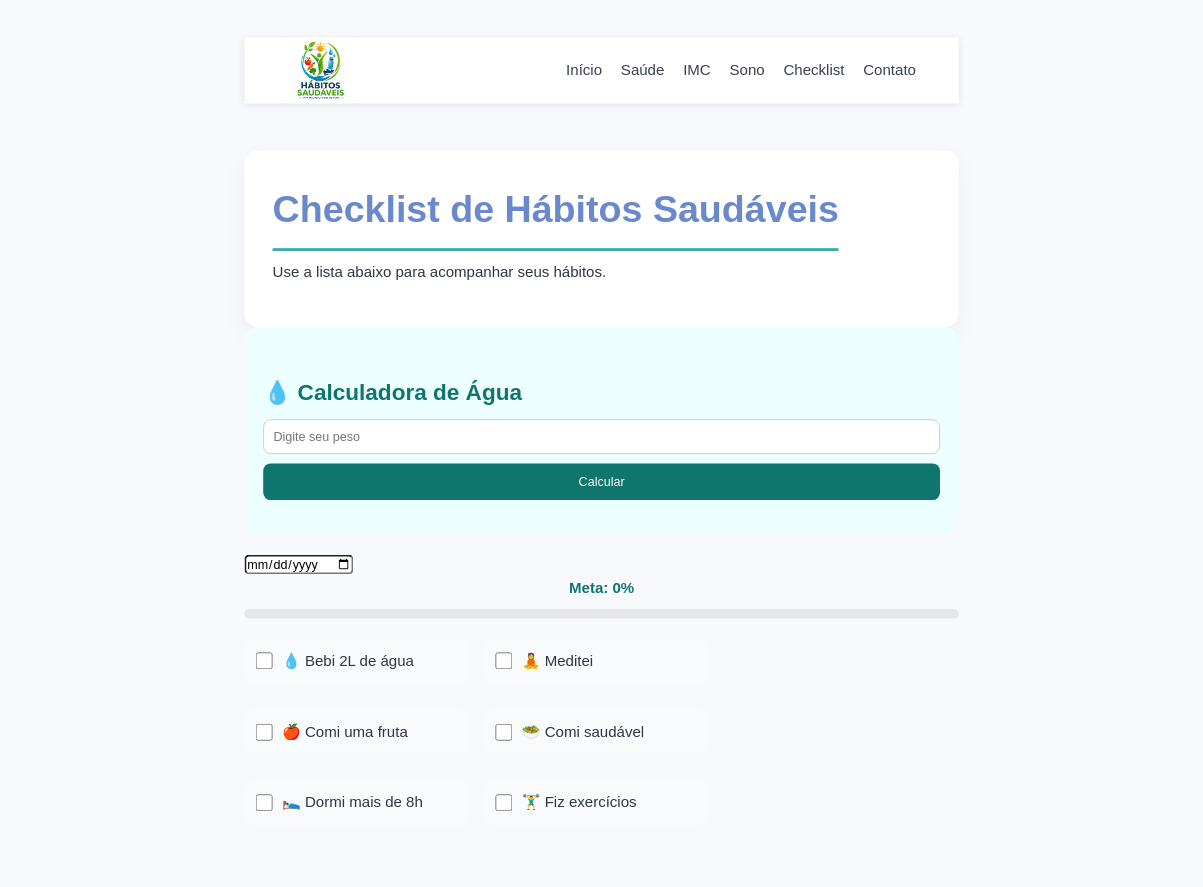
Repository: habitos2026/projetointegrador2026
Page: checklist.html
The author's editor kept a copy of each file at every save. The page is drawn from the files as they stood at one save, then again after the next save.
The browser window is 1280 px wide. The pictures show the whole page, at 94% of full size.

Above is the page before, as saved 2026-06-10 19:08:57.

### checklist.html
<!DOCTYPE html>
<html lang="pt-br">
<head>
<meta charset="UTF-8">
<meta name="viewport" content="width=device-width, initial-scale=1.0">
<title>Checklist</title>

<link rel="stylesheet" href="estilos.css">

<style>
/* SÓ O CHECKLIST (não mexe no resto do site) */

        :root {
            --cor-mente: #6a89cc;    /* Azul sereno */
            --cor-fisico: #38ada9;   /* Verde energia */
            --cor-agua: #4a69bd;     /* Azul hidratação */
            --cor-fundo: #f7f9fc;
        }

        /* Animação de Entrada */
        @keyframes fadeInUp {
            from {
                opacity: 0;
                transform: translateY(20px);
            }
            to {
                opacity: 1;
                transform: translateY(0);
            }
        }

        body {
            font-family: 'Segoe UI', Roboto, sans-serif;
            line-height: 1.6;
            background-color: var(--cor-fundo);
            color: #2f3542;
            max-width: 800px;
            margin: 0 auto;
            padding: 40px 20px;
        }

        header {
            text-align: center;
            margin-bottom: 50px;
            animation: fadeInUp 0.8s ease-out;
        }

        h1 {
            color: var(--cor-mente);
            font-size: 2.5rem;
            border-bottom: 3px solid var(--cor-fisico);
            display: inline-block;
            padding-bottom: 10px;
        }

        section {
            background: white;
            padding: 30px;
            border-radius: 15px;
            box-shadow: 0 10px 25px rgba(0,0,0,0.05);
            animation: fadeInUp 1s ease-out;
        }

        h2 {
            color: var(--cor-fisico);
            margin-top: 30px;
            display: flex;
            align-items: center;
            gap: 10px;
    }

.check-container {
    max-width: 500px;
    margin: 40px auto;
    background: white;
    padding: 25px;
    border-radius: 15px;
    box-shadow: 0 10px 25px rgba(0,0,0,0.1);
}

/* TÍTULO */
.check-container h1 {
    text-align: center;
    color: #0f766e;
}

/* DATA */
.check-container input[type="date"] {
    display: block;
    margin: 10px auto 20px;
    padding: 8px;
}

/* PROGRESSO */
.progresso {
    text-align: center;
    margin-bottom: 10px;
    font-weight: bold;
    color: #0f766e;
}

/* BARRA */
.barra {
    width: 100%;
    height: 10px;
    background: #e5e7eb;
    border-radius: 10px;
    overflow: hidden;
    margin-bottom: 20px;
}

.barra span {
    display: block;
    height: 100%;
    width: 0%;
    background: #0f766e;
    transition: 0.3s;
}

/* ITENS */
.habit-item {
    display: flex;
    align-items: center;
    gap: 10px;
    background: #f9fafb;
    padding: 12px;
    border-radius: 10px;
    margin-bottom: 10px;
}

.habit-item input {
    width: 18px;
    height: 18px;
}

/* TEXTO */
.habit-item span {
    font-weight: 500;
}

/* MARCADO */
.habit-item input:checked + span {
    text-decoration: line-through;
    color: #9ca3af;
}

/* MENSAGEM */
.msg {
    text-align: center;
    margin-top: 10px;
    color: green;
    font-weight: bold;
}

.data{
    border-radius: 5px;
}

.data::-webkit-calendar-picker-indicator{
    cursor: pointer;
}

.data:hover{
    cursor: pointer;
    background: #00b894;
    box-shadow: 0 10px 8px rgba(0, 0, 0, 0.2);
    transform: scale(104%);
    transition:
    background 0.5s,
    box-shadow 0.5s,
    transform 0.5s;
}

</style>

</head>

<body>

<div id="menu"></div>

<section class="intro">

    <h1>Checklist de Hábitos Saudáveis</h1>

    <p>
        Use a lista abaixo para acompanhar seus hábitos.
    </p>

</section>

<!-- CALCULADORA DE ÁGUA -->
<div class="agua-box">

    <h2>💧 Calculadora de Água</h2>

    <input type="number" id="peso" placeholder="Digite seu peso">

    <button onclick="calcularAgua()">
        Calcular
    </button>

    <p id="resultadoAgua"></p>

</div>

<!-- DATA -->
<input type="date" class="data" id="data">

<!-- PROGRESSO -->
<div class="progresso">
    Meta: <span id="pct">0%</span>
</div>

<div class="barra">
    <span id="bar"></span>
</div>

<!-- CHECKLIST -->

<div class="listas">
<label class="habit-item">
    <input type="checkbox" onchange="calc()">
    <span>💧 Bebi 2L de água</span>
</label>

<label class="habit-item">
    <input type="checkbox" onchange="calc()">
    <span>🧘 Meditei</span>
</label>

<label class="habit-item">
    <input type="checkbox" onchange="calc()">
    <span>🍎 Comi uma fruta</span>
</label>

<label class="habit-item">
    <input type="checkbox" onchange="calc()">
    <span>🥗 Comi saudável</span>
</label>

<label class="habit-item">
    <input type="checkbox" onchange="calc()">
    <span>🛌 Dormi mais de 8h</span>
</label>

<label class="habit-item">
    <input type="checkbox" onchange="calc()">
    <span>🏋️‍♂️ Fiz exercícios</span>
</label>
</div>

<p id="msg" class="msg"></p>
<div id="imgGif"></div>

<script src="trabalho.js"></script>

</body>
</html>

### estilos.css
:root{
    --cinza245: rgb(245,245,245);
    --cinza220: rgb(220,220,220);
    --cinza128: rgb(128,128,128);
    --azul: rgb(0,80,120);
    --amarelo: yellow;
}

/* RESET */
*{
    margin:0;
    padding:0;
    box-sizing:border-box;
    font-family:Arial, sans-serif;
}

body{
    background:#f5f7fb;
    color:#1f2937;
}

/* HEADER */
header{
    background:white;
    height:70px;

    display:flex;
    align-items:center;
    justify-content:space-between;

    padding:0 6%;

    box-shadow:0 2px 8px rgba(0,0,0,0.1);
}

/* LOGO */
.logo{
    height:100%;
    width:auto;
}

/* MENU */
.menu{
    display:flex;
    align-items:center;
    gap:20px;
}

.menu a{
    text-decoration:none;
    color:#374151;
    transition: 0.5s;

}

.menu a:hover{
    color:#0f766e;
    text-shadow: 0 0 6px #01b3a4;
}

/* TOPO MENU MOBILE */
.topoMenu{
    display:none;
}

/* BOTÃO MENU */
.botaoMenu{
    border:none;
    background:transparent;

    display:none;
    flex-direction:column;

    gap:6px;

    cursor:pointer;
    transition:0.5s;
}

.botaoMenu div{
    width:28px;
    height:3px;

    background:black;
    transition:0.5s;
}

/* MAIN */
main{
    max-width:800px;

    margin:40px auto;

    background:white;

    padding:30px;

    border-radius:10px;
}

/* TEXTOS */
h1{
    color:#0f766e;
    margin-bottom:10px;
}

p{
    margin-bottom:15px;
}

/* BANNER */
.bannerIndexInicio{
    width:100%;
    height:300px;
    overflow:hidden;
}

.bannerIndexInicio img{
    width:100%;
    height:100%;

    object-fit:cover;
    display:block;
}

.bannerIndex{
    height:100%;

    display:flex;
    justify-content:center;

    overflow:hidden;

    aspect-ratio:16/9;
}

.bannerIndex img{
    width:70%;
    height:80%;

    object-fit:cover;
}

/* BOX ÁGUA */
.agua-box{
    background:#ecfeff;

    padding:20px;

    border-radius:15px;

    margin-bottom:20px;
}

.agua-box h2{
    color:#0f766e;
    margin-bottom:10px;
}

.agua-box input{
    width:100%;

    padding:10px;

    margin-bottom:10px;

    border-radius:8px;

    border:1px solid #ccc;
}

.agua-box button{
    width:100%;

    padding:12px;

    background:#0f766e;

    color:white;

    border:none;

    border-radius:8px;

    cursor:pointer;

    transition:0.5s;
}

.agua-box button:hover{
    background:#115e59;

    transform:scale(1.01);

    box-shadow:
    0 0 10px rgb(1, 255, 234),
    0 0 15px rgb(0, 173, 253);
}

#resultadoAgua{
    margin-top:10px;
    font-weight:bold;
}

/* LISTAS */
.listas{
    width:65%;

    display:grid;

    grid-template-columns:repeat(2, 1fr);

    gap:1rem;
}

/* IMAGENS SAÚDE */
.Saude .Imagem img{

    width:35%;

    height:auto;

    object-fit:cover;

    border-radius:15px;

    transition:0.4s;
}

.Saude .Imagem img:hover{

    transform:scale(1.05);

    box-shadow:
    0 0 10px cyan,
    0 0 20px cyan,
    0 0 40px cyan;
}

.imc-box{
    background:#0f766e;

    padding:20px;

    border-radius:20px;

    margin-top:3rem;


}

.imc-box input{
    width:100%;

    padding:10px;

    margin-bottom:10px;

    border-radius:8px;

    border:1px solid #ccc;
}

.imc-box button{
    width:100%;

    padding:12px;

    background: white;

    border: none;

    border-radius:8px;

    cursor:pointer;

    transition:0.5s;
}

.imc-box button:hover{
    background:#f0f0f0;

    transform:scale(1.002);

    box-shadow:
    0 0 6px rgb(1, 255, 234),
    0 0 8px rgb(0, 173, 253),
    0 0 15px  rgba(18, 165, 153);
}

#resultado{
    margin-top:20px;

    font-weight:bold;

    display: flex;

    flex-direction: column;

    align-items: center;

    gap: 10px;

}

#botaoFecharMenu{
    border:none;

    background:transparent;

    box-shadow: none;

    font-size:20px;

    cursor:pointer;

    transition: 0.5s;

    border-radius: 100px;

}


#botaoFecharMenu:hover{
    color: red;
    text-shadow:  0 0 11px rgb(255, 0, 0);
}

#botaoFecharMenu:active{
  animation: clickEffect 0.2s ease;
}

@keyframes clickEffect {
  0% {
    transform: scale(1);
    text-shadow: 0 0 10px red;
  }
  50% {
    transform: scale(0.95);
    text-shadow: 0 0 20px red;
  }
  100% {
    transform: scale(1);
    text-shadow: 0 0 10px red;
  }
}

/* ANIMAÇÃO */
@keyframes subir{

    from{
        opacity:0;
        transform:translateY(-20px);
    }

    to{
        opacity:1;
        transform:translateY(0);
    }

}

/* MOBILE */
@media screen and (max-width:950px){

    .botaoMenu{
        display:flex;

        animation:subir 0.5s ease;
    }

    .botaoMenu:hover{
        transform: scale(1.03);
    }
    .botaoMenu:hover div{
        box-shadow: 0 10px 15px rgba(0,0,0,0.4);

    }

    .menu{
        position:fixed;

        top:0;
        right:-100%;

        width:80%;
        height:100vh;

        background:white;

        flex-direction:column;

        align-items:flex-start;

        padding:30px;

        transition: right 0.5s;

        z-index:999;
    }

    .menu a{
        width:100%;

        padding:12px 0;


        border-bottom:1px solid var(--cinza220);

        text-decoration:none;

        color:#374151;

        transition: 0.10s;

}

    .menu a:hover{
    color:#0f766e;
    text-shadow: 0 0 6px #01b3a4;
    border: #01b3a4 1px solid;
    transition: 0.5s;
}

    .topoMenu{
        display:flex;

        width:100%;

        justify-content:space-between;

        align-items:center;

        margin-bottom:30px;
    }

    .topoMenu button{
        border:none;

        background:transparent;

        font-size:20px;

        cursor:pointer;
    }

    main{
        margin:20px;
    }

    .bannerIndex img{
        width:100%;
        height:220px;
    }

    .listas{
        width:100%;

        grid-template-columns:1fr;
    }

    .Saude .Imagem img{
        width:100%;
    }
}

### trabalho.js
fetch("menu.html")
.then(res => res.text())
.then(data => {

    document.getElementById("menu").innerHTML = data;

    const abrir = document.querySelector(".botaoMenu");

    const fechar = document.querySelector("#botaoFecharMenu");

    const menu = document.querySelector("#menuNav");

    abrir.addEventListener("click", () => {
        menu.style.right = "0";
    });

    fechar.addEventListener("click", () => {
        menu.style.right = "-100%";
    });

});

function calc() {

    // pega todos os checkbox
    const checks = document.querySelectorAll('.habit-item input');

    // quantidade marcada
    let marcados = 0;

    checks.forEach(check => {
        if(check.checked){
            marcados++;
        }
    });

    // calcula porcentagem
    let porcentagem = (marcados / checks.length) * 100;

    // atualiza texto
    document.getElementById("pct").innerText = porcentagem + "%";

    // atualiza barra
    document.getElementById("bar").style.width = porcentagem + "%";


    // mensagem
const msg = document.getElementById("msg");
const imgGif = document.getElementById("imgGif");

if (porcentagem === 100) {

    msg.innerText = "Parabéns! Você completou todos os hábitos 🎉";

    imgGif.innerHTML = `
        <img src="pasta-de-imagens/gifParabens.gif" alt="Parabéns">
    `;

} else {

    msg.innerText = "";
    imgGif.innerHTML = "";

}

}

const data = document.getElementById("data");

data.addEventListener("click", () => {
    data.showPicker();
});

function calcularAgua() {
    const peso = parseFloat(document.getElementById("peso").value);
    const idade = parseInt(document.getElementById("idade").value);

    // Validação
    if (isNaN(peso) || peso <= 0 || isNaN(idade) || idade <= 0) {
        document.getElementById("resultadoAgua").innerText = "Por favor, preencha peso e idade corretamente.";
        return;
    }

    // Regra por faixa etária
    let mlPorKg;

    if (idade <= 17) {
        mlPorKg = 40;
    } else if (idade <= 55) {
        mlPorKg = 35;
    } else if (idade <= 65) {
        mlPorKg = 30;
    } else {
        mlPorKg = 25;
    }

    const totalMl = peso * mlPorKg;
    const totalLitros = (totalMl / 1000).toFixed(1); // ex: 2.5

    document.getElementById("resultadoAgua").innerText =
        `Você deve beber aproximadamente ${totalLitros}L de água por dia.`;
}

### menu.html
<header>

    <img class="logo" src="pasta-de-imagens/images.webp" alt="Logo">

    <button class="botaoMenu">

        <div></div>
        <div></div>
        <div></div>

    </button>

    <nav id="menuNav" class="menu">

        <div class="topoMenu">

            <h3>Menu</h3>
            <button id="botaoFecharMenu">X</button>
            <button id="abrirMenu" class="botaoMenu"></button>

        </div>

        <a href="index.html">Início</a>
        <a href="saude.html">Saúde</a>
        <a href="imc.html">IMC</a>
        <a href="sono.html">Sono</a>
        <a href="checklist.html">Checklist</a>
        <a href="contato.html">Contato</a>

    </nav>

</header>

After the next save:
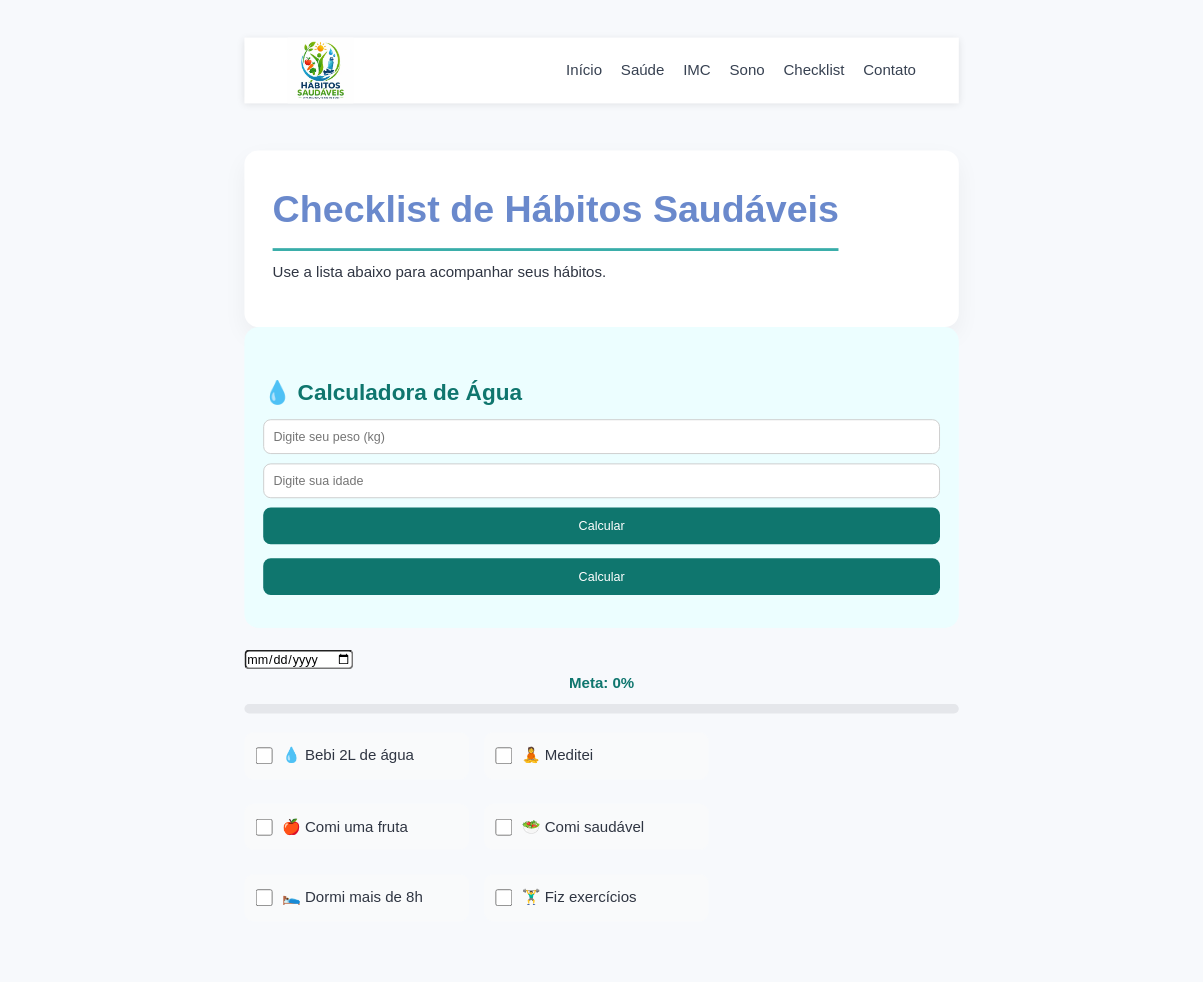
Saved 85 s later.
--- a/checklist.html
+++ b/checklist.html
@@ -194,7 +194,10 @@
 
     <h2>💧 Calculadora de Água</h2>
 
-    <input type="number" id="peso" placeholder="Digite seu peso">
+    <input type="number" id="peso" placeholder="Digite seu peso (kg)">
+<input type="number" id="idade" placeholder="Digite sua idade">
+<button onclick="calcularAgua()">Calcular</button>
+<p id="resultadoAgua"></p>
 
     <button onclick="calcularAgua()">
         Calcular
